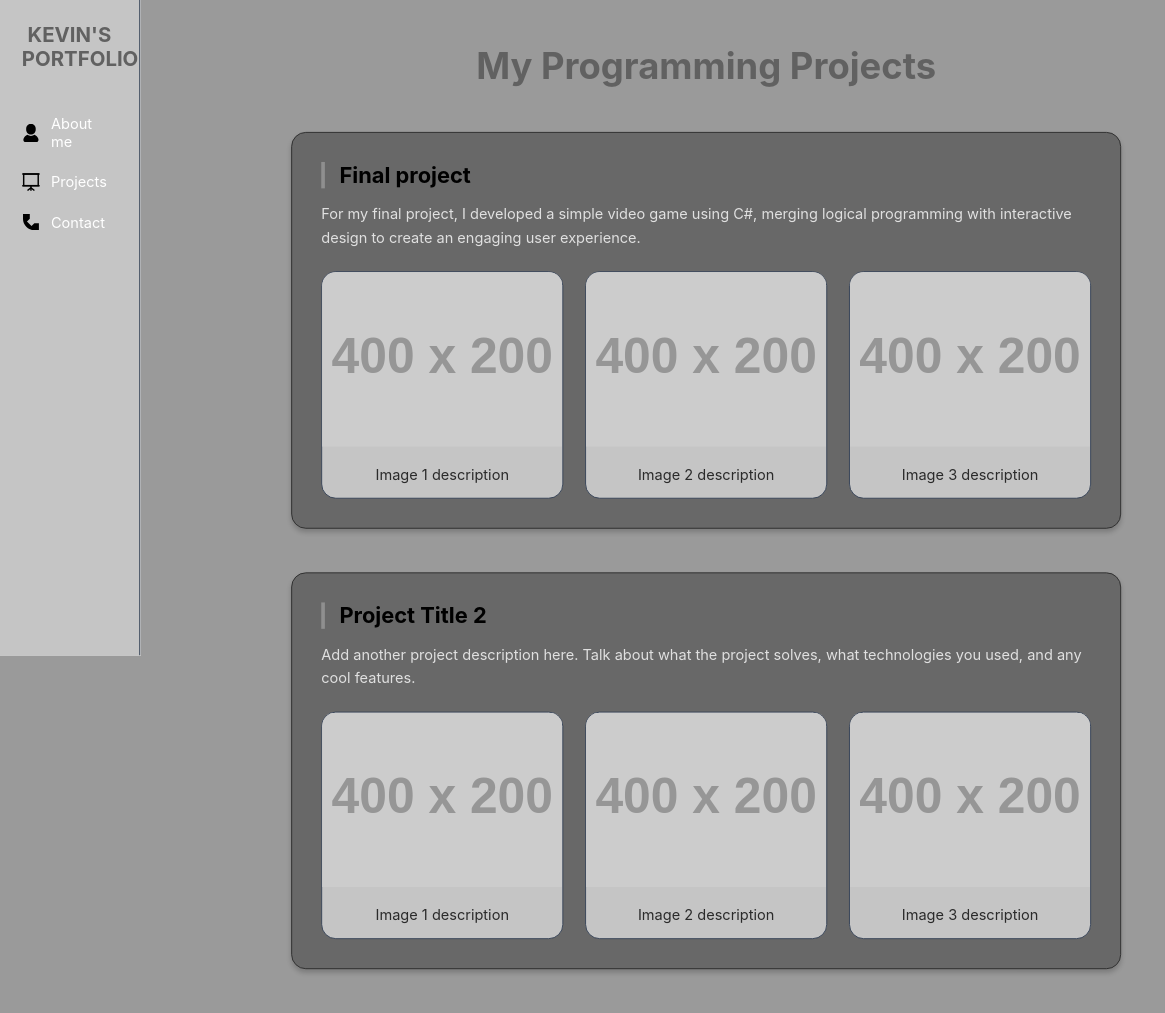
Repository: KevinSamaha/Kevin_Samaha
Page: pages/projects.html
The author's editor kept a copy of each file at every save. The page is drawn from the files as they stood at one save, then again after the next save.
The browser window is 1280 px wide. The pictures show the whole page, at 91% of full size.

Above is the page before, as saved 2026-05-13 23:42:34.

### pages/projects.html
<!doctype html>
<html lang="en">
  <head>
    <meta charset="UTF-8" />
    <meta name="viewport" content="width=device-width, initial-scale=1.0" />
    <title>My Programming Projects</title>

    <link rel="stylesheet" href="../styles/projects.css" />
        <link rel="stylesheet" href="../styles/global.css"/>
  </head>

  <body>
    <!-- SIDEBAR -->
    <header>
      <h2 class="logo">KEVIN'S PORTFOLIO</h2>

      <nav>
        <ul class="sidebarcontainer">
          <li>
            <a class="sidebar" href="index.html">
              <img src="../Assets/images/me.svg" class="icon" />
              About me</a
            >
          </li>

          <li>
            <a class="sidebar" href="projects.html">
              <img src="../Assets/images/project.svg" class="icon" />
              Projects</a
            >
          </li>

          <li>
            <a class="sidebar" href="contact.html">
              <img src="../Assets/images/phone.svg" class="icon" />
              Contact</a
            >
          </li>
        </ul>
      </nav>
    </header>

    <!-- MAIN -->
    <main>
      <h1>My Programming Projects</h1>

      <section class="projects-container">
        <!-- PROJECT 1 -->
        <section class="project-card">
          <article>
            <h2 class="project-title">Final project</h2>

            <p class="project-description">
             For my final project, I developed a simple video game using C#,
             merging logical programming with interactive design to create
             an engaging user experience.
            </p>
          </article>

          <section class="image-gallery">
            <article class="image-card">
              <img src="https://via.placeholder.com/400x200" alt="" />
              <p class="image-description">Image 1 description</p>
            </article>

            <article class="image-card">
              <img src="https://via.placeholder.com/400x200" alt="" />
              <p class="image-description">Image 2 description</p>
            </article>

            <article class="image-card">
              <img src="https://via.placeholder.com/400x200" alt="" />
              <p class="image-description">Image 3 description</p>
            </article>
          </section>
        </section>

        <!-- PROJECT 2 -->
        <section class="project-card">
          <article>
            <h2 class="project-title">Project Title 2</h2>

            <p class="project-description">
              Add another project description here. Talk about what the project
              solves, what technologies you used, and any cool features.
            </p>
          </article>

          <section class="image-gallery">
            <article class="image-card">
              <img src="https://via.placeholder.com/400x200" alt="" />
              <p class="image-description">Image 1 description</p>
            </article>

            <article class="image-card">
              <img src="https://via.placeholder.com/400x200" alt="" />
              <p class="image-description">Image 2 description</p>
            </article>

            <article class="image-card">
              <img src="https://via.placeholder.com/400x200" alt="" />
              <p class="image-description">Image 3 description</p>
            </article>
          </section>
        </section>
      </section>
    </main>
  </body>
</html>

### styles/projects.css
/* GENERAL */
* {
  margin: 0;
  padding: 0;
  box-sizing: border-box;
  font-family: "Inter", sans-serif;
}

body {
  background-color: #00000065;
  color: white;
  min-height: 100vh;
  display: flex;
}

/* =========================
   MAIN AREA
========================= */

main {
  margin-left: 17rem;
  width: 100%;
  padding: 3rem;
}

/* TITLE */
h1 {
  text-align: center;
  margin-bottom: 3rem;
  font-size: 2.5rem;
  color: #616161;
}

/* =========================
   PROJECTS
========================= */

.projects-container {
  display: flex;
  flex-direction: column;
  gap: 3rem;
}

.project-card {
  background-color: #686868;
  padding: 2rem;
  border-radius: 1rem;
  border: 0.0625rem solid #2b2b2b;
  box-shadow: 0 0.25rem 0.375rem rgba(0, 0, 0, 0.2);
}

.project-title {
  font-size: 1.5rem;
  margin-bottom: 1rem;
  color: #000;
  border-left: 0.25rem solid #8f8f8f;
  padding-left: 1rem;
}

.project-description {
  margin-bottom: 1.5rem;
  line-height: 1.6;
  color: #e0e0e0;
}

/* =========================
   IMAGE GRID
========================= */

.image-gallery {
  display: grid;
  grid-template-columns: repeat(auto-fit, minmax(15rem, 1fr));
  gap: 1.5rem;
}

.image-card {
  background-color: #c5c5c5;
  border-radius: 1rem;
  overflow: hidden;
  border: 0.0625rem solid #334155;
  transition: transform 0.3s ease;
}

.image-card:hover {
  transform: scale(1.03);
}

.image-card img {
  width: 100%;
  height: 12rem;
  object-fit: cover;
}

.image-description {
  padding: 1rem;
  text-align: center;
  color: #2b2b2b;
}

/* =========================
   MOBILE
========================= */

@media (max-width: 64rem) {
  header {
    width: 100%;
    height: auto;
    position: fixed;
    flex-direction: row;
    justify-content: space-between;
  }

  main {
    margin-left: 0;
    margin-top: 10rem;
    padding: 1.5rem;
  }
}

### styles/global.css
header {
  width: 12%;
  min-width: 1%;
  height: 100vh;
  background-color: #c5c5c5;
  border-right: 0.0625rem solid #334155;
  position: fixed;
  display: flex;
  flex-direction: column;
  gap: 2rem;
  padding: 1.5rem;
}

.logo {
  font-size: 1.4rem;
  font-weight: 700;
  color: #616161;
  text-align: center;
  margin-bottom: 1rem;
}

.sidebarcontainer {
  list-style: none;
  display: flex;
  flex-direction: column;
  gap: 1.5rem;
}

.sidebar {
  display: flex;
  align-items: center;
  gap: 0.75rem;
  font-size: 1rem;
  text-decoration: none;
  color: inherit;
}

.sidebar:hover {
  color: #000000;
  background-color: #8f8f8f;
  border-radius: 0.5rem;
  transition: 0.2s ease;
}

.icon {
  width: 1.25rem;
  height: 1.25rem;
}

### index.html
<!DOCTYPE html>
<html lang="en">
<head>
    <meta charset="UTF-8">
    <meta name="viewport" content="width=device-width, initial-scale=1.0">
    <title>Personal Portfolio</title>
    <!-- Linking to your CSS file -->
    <link rel="stylesheet" href="style.css">
    <!-- Google Fonts for a professional look -->
    <link href="https://fonts.googleapis.com/css2?family=Inter:wght@300;400;700&display=swap" rel="stylesheet">
</head>
<body>

    <header>
        <h2 class="logo">PORTFOLIO</h2>
        <nav>
            <ul class="sidebarcontainer">
                <li>
                    <p class="sidebar">
                     <img src="./Assets/images/me.svg" class="icon">
                    About me
                    </p>

                </li>
                <li>
                    <p class="sidebar">
                        <img src="./Assets/images/project.svg" class="icon">
                    project
                    </p>
                </li>
                <li>
                    <p class="sidebar">
                        <img src="./Assets/images/phone.svg" class="icon">
                        contact
                    </p>
                </li>
            </ul>
        </nav>
    </header>

    <main>
        <!-- Left Side: Your Questions -->
        <section class="questions-column">
            <article class="content-box">
                <h2>Who are you?</h2>
                <p class="placeholder">
                    Describe your background, your journey into technology, and your business experience.
                </p>
            </article>

            <article class="content-box">
                <h2>What do you do?</h2>
                <p class="placeholder">
                    List your technical skills, software projects, and professional services.
                </p>
            </article>

            <article class="content-box">
                <h2>Why should I hire/work with you?</h2>
                <p class="placeholder">
                    Explain your unique perspective as a business owner and your technical problem-solving abilities.
                </p>
            </article>
        </section>

        <!-- Right Side: Your Photo -->
        <section class="image-column",>
        <article class="profile-container">
                <img class="profile-frame" src="https://th.bing.com/th/id/R.bd1fcf0977c0bdf8a8eddeed1f5dbda3?rik=ADn4FATIMo%2fGYw&riu=http%3a%2f%2f4.bp.blogspot.com%2f-HxmEz2kA7DA%2fTq0NEL6qChI%2fAAAAAAAAC88%2fk77TJXx4KIw%2fs1600%2fdeer_pictures_wallpapers_beautiful_animals_wildlife_forest_background.jpg&ehk=%2f3Fl4PjViwfP8Dhzs%2faE3dXf3GvUQInaLWzF4n%2bW3cY%3d&risl=&pid=ImgRaw&r=0">
                <p class="image-hint">Professional Portrait / Workspace Photo</p>
        </article>
        </section>
    </main>

</body>
</html>

After the next save:
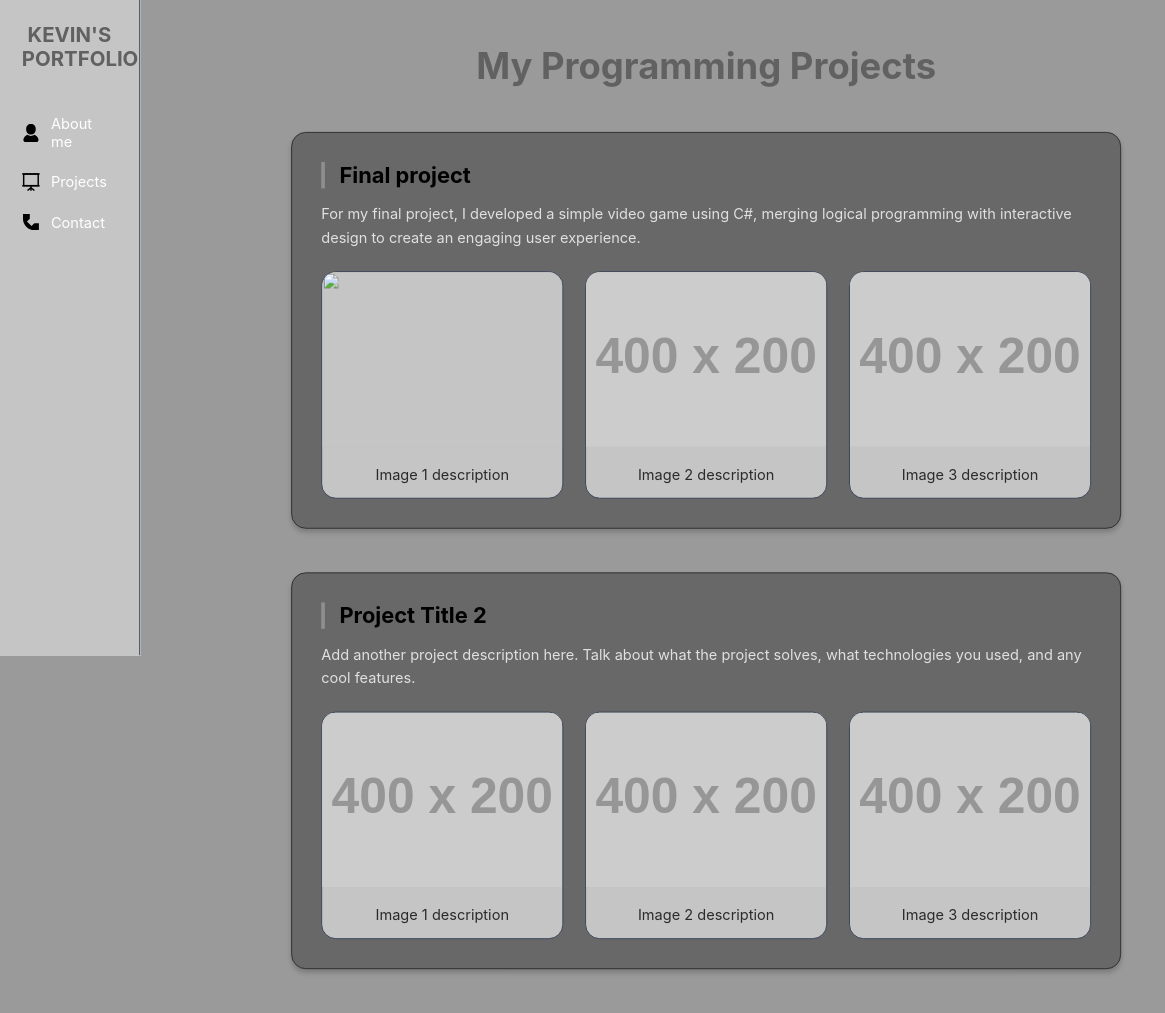
Saved 48 s later.
--- a/pages/projects.html
+++ b/pages/projects.html
@@ -59,7 +59,7 @@
 
           <section class="image-gallery">
             <article class="image-card">
-              <img src="https://via.placeholder.com/400x200" alt="" />
+              <img src="../" alt="" />
               <p class="image-description">Image 1 description</p>
             </article>
 
